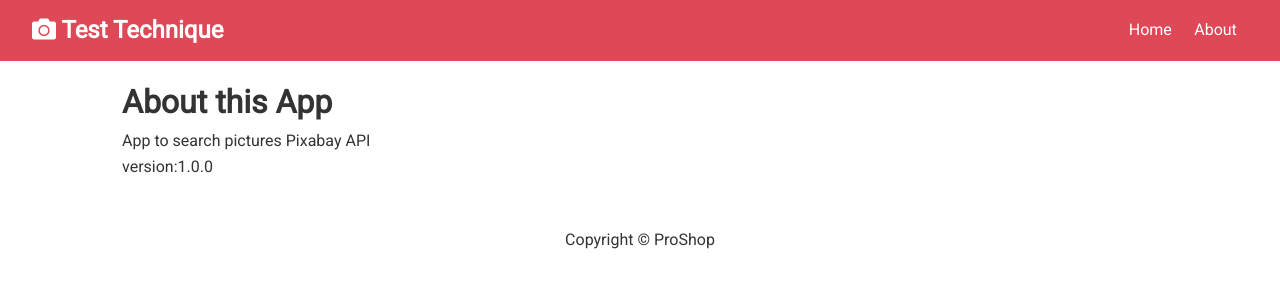
Repository: bafode/test-technique
Page: /about
These files come from the project's save history. The page is drawn as it stood at one moment and after the next save; the edit follows.
The browser window is 1280 px wide. The pictures show the whole page.
The page's requests for data from a server got no answer. Some web libraries are served in a nearby version. The project was rebuilt for these pictures with package versions that can differ from the ones it lists, and the page was loaded fresh each time. No one was signed in, and anything a server would have sent is missing. Also part of the build but not shown: src/components/layout/Alert.js, src/components/pictures/PictureItem.js, src/components/layout/Spinner.js, src/components/pictures/Pictures.js, src/components/pictures/Search.js.

Above is the page before, as saved 2023-06-17 05:44:27.

After the next save:
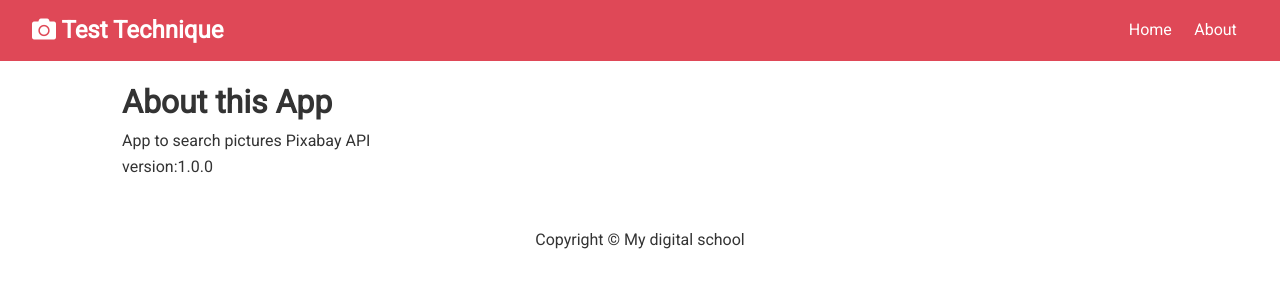
Saved 17 s later.
--- a/src/components/pages/About.js
+++ b/src/components/pages/About.js
@@ -6,7 +6,7 @@ function About() {
         <h1>About this App</h1>
         <p>App to search pictures Pixabay API</p>
         <p>version:1.0.0</p>
-        <div className='text-center py-3'>Copyright &copy; ProShop</div>
+        <div className='text-center py-3'>Copyright &copy; My digital school</div>
      </Fragment>
   )
 }
